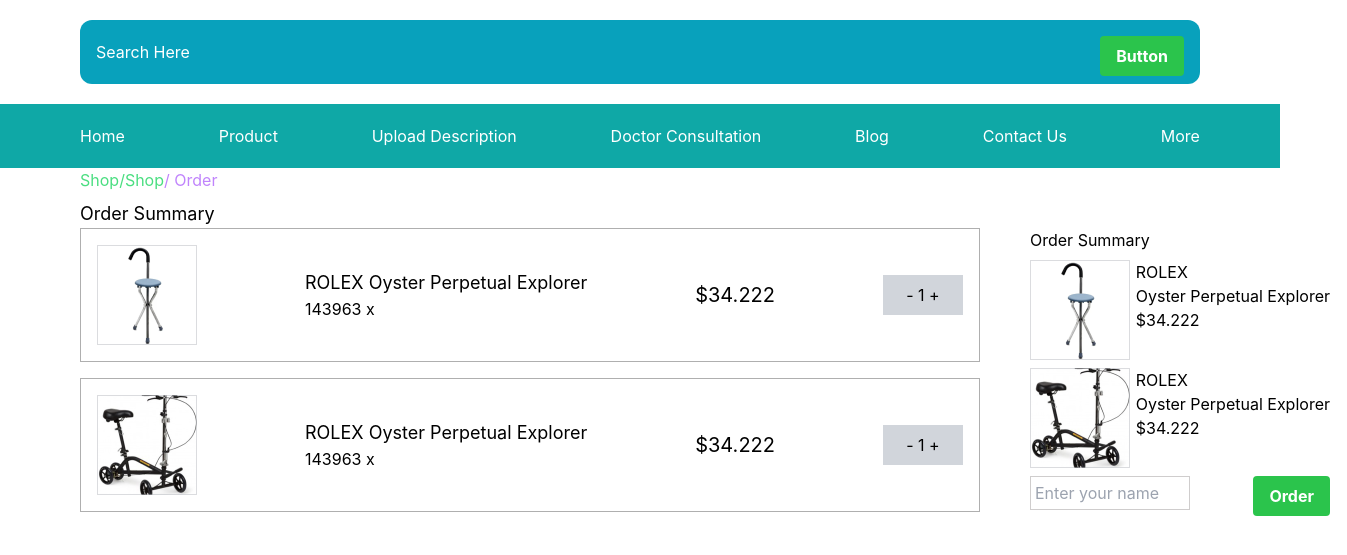
Repository: arafatmollah/pharma
Page: /
The author's editor kept a copy of each file at every save. The page is drawn from the files as they stood at one save, then again after the next save.
The browser window is 1280 px wide. The page is 1330 px wide, then 1347 px, so the pictures cover 1347 px, including what lies to the right of the window. The pictures show the whole page.
The project was rebuilt for these pictures with package versions that can differ from the ones it lists, and the page was loaded fresh each time.

Above is the page before, as saved 2023-03-12 22:18:46.

After the next save:
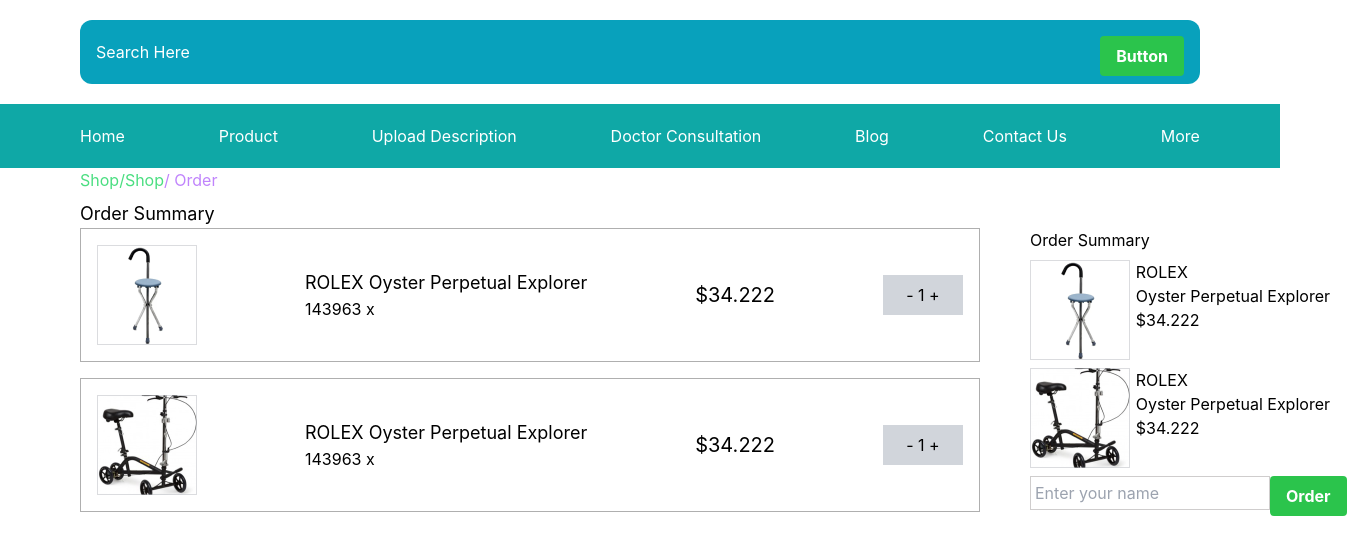
Saved 8 s later.
--- a/src/Order.js
+++ b/src/Order.js
@@ -68,7 +68,7 @@ function order() {
           </div>
           <div className='flex justify-between'>
             <form>
-              <input type={Text} className="form w-40" placeholder="Enter your name"></input>
+              <input type={Text} className="form w-60" placeholder="Enter your name"></input>
             </form>
             <button className='btn'>Order</button>
           </div>
